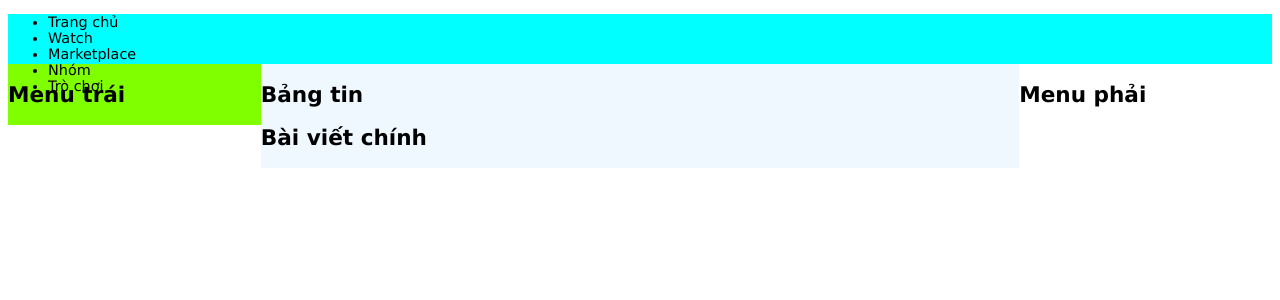
Repository: congle98/CSS_LayoutFacebookCoBan
Page: index.html
The author's editor kept a copy of each file at every save. The page is drawn from the files as they stood at one save, then again after a run of saves.
The browser window is 1280 px wide. The pictures show the whole page.

Above is the page before, as saved 2021-05-26 15:29:23.

After the next 2 saves:
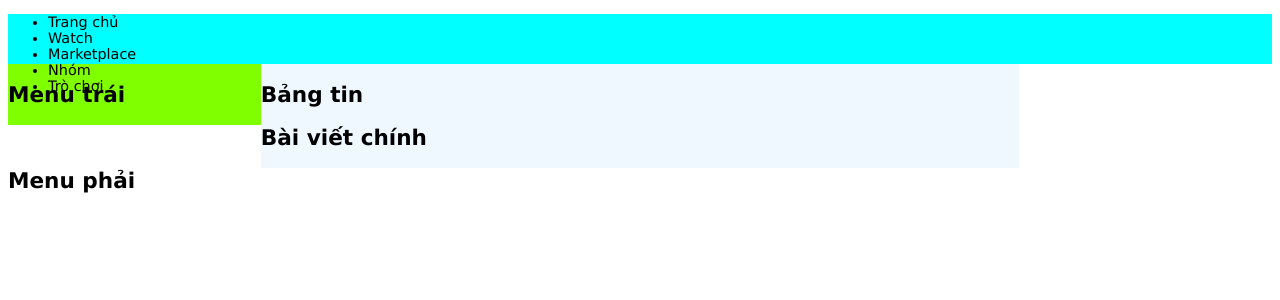
The 2 saves are shown as one change because they came seconds apart.
The last was saved 5 s later.
--- a/index.html
+++ b/index.html
@@ -27,8 +27,8 @@
             background-color:aliceblue;
         }
         #sidebar-right{
-            width: 20;
-            f
+            width: 20%;
+            fl
         }
 
     </style>

After the 3 saves that followed:
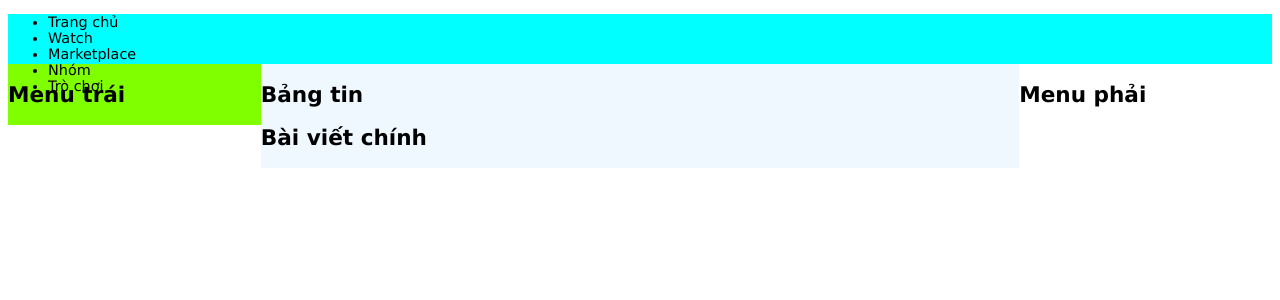
The 3 saves are shown as one change because they came seconds apart.
The last was saved 7 s later.
--- a/index.html
+++ b/index.html
@@ -28,7 +28,8 @@
         }
         #sidebar-right{
             width: 20%;
-            fl
+            float: right;
+            background-color:
         }
 
     </style>
